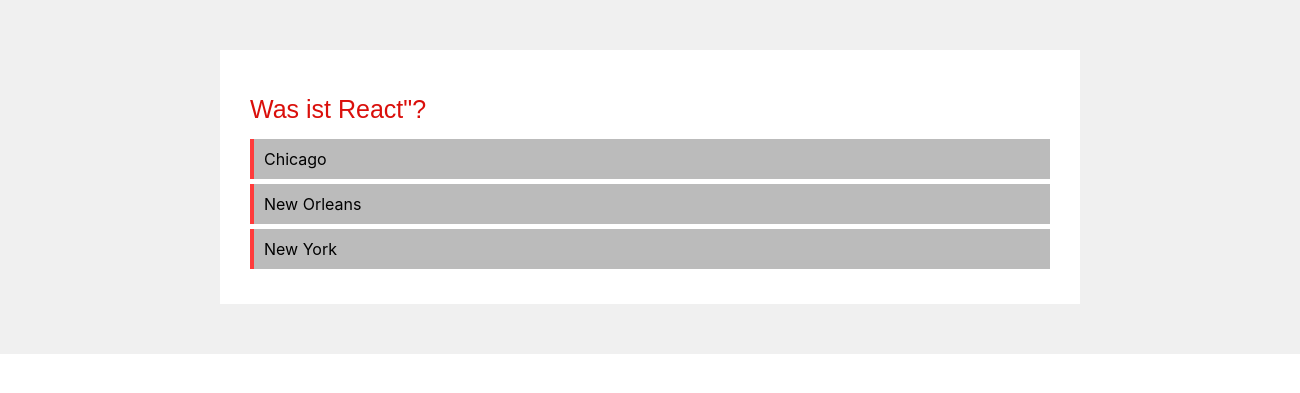
Repository: Der-Metatron/app_grundgesr-sst
Page: /
The author's editor kept a copy of each file at every save. The page is drawn from the files as they stood at one save, then again after the next save.
The browser window is 1280 px wide. The page is 1300 px wide, so the pictures cover 1300 px, including what lies to the right of the window. The pictures show the whole page.
The project was rebuilt for these pictures with package versions that can differ from the ones it lists, and the page was loaded fresh each time.

Above is the page before, as saved 2022-06-01 12:24:27.

### src/App.js
import React from 'react';
import './App.css';
import Quiz from './components/QuizMain';

function App() {
  return (
    <div className="App">
      <Quiz />
    </div>
  );
}

export default App;

### src/App.css
.App {
  width: 100%;
  background-color: #F0F0F0;
  padding: 50px 10px;
}
.Content {
  display: table;
  max-width: 800px;
  width: 100%;
  margin: 0 auto;
  background-color: #fff;
  padding: 30px;
}

### src/components/QuizMain.js
import React, { Component } from "react";
import Question from "./question/Question";
import Answer from "./answer/Answer";
import "./QuizMain.css";

export default class Quiz extends Component {
  // initiating the local state
  state = {
    quiestions: {
      1: 'Was ist React"?',
      2: "Was ist Javascript?",
      3: "Was sind Hooks?",
    },
    answers: {
      1: {
        1: "Chicago",
        2: "New Orleans",
        3: "New York",
      },
      2: {
        1: "Athens",
        2: "Patras",
        3: "Kalamata",
      },
      3: {
        1: "Krypton",
        2: "Mars",
        3: "Saturn",
      },
    },
    correctAnswers: {
      1: "2",
      2: "1",
      3: "1",
    },
    correctAnswer: 0,
    clickedAnswer: 0,
    step: 1,
    score: 0,
  };

  // the method that checks the correct answer
  checkAnswer = (answer) => {
    const { correctAnswers, step, score } = this.state;
    if (answer === correctAnswers[step]) {
      this.setState({
        score: score + 1,
        correctAnswer: correctAnswers[step],
        clickedAnswer: answer,
      });
    } else {
      this.setState({
        correctAnswer: 0,
        clickedAnswer: answer,
      });
    }
  };

  // method to move to the next question
  nextStep = (step) => {
    this.setState({
      step: step + 1,
      correctAnswer: 0,
      clickedAnswer: 0,
    });
  };

  render() {
    let { quiestions, answers, correctAnswer, clickedAnswer, step, score } =
      this.state;
    return (
      <div className="Content">
        {step <= Object.keys(quiestions).length ? (
          <>
            <Question question={quiestions[step]} />
            <Answer
              answer={answers[step]}
              step={step}
              checkAnswer={this.checkAnswer}
              correctAnswer={correctAnswer}
              clickedAnswer={clickedAnswer}
            />
            <button
              className="NextStep"
              disabled={
                clickedAnswer && Object.keys(quiestions).length >= step
                  ? false
                  : true
              }
              onClick={() => this.nextStep(step)}
            >
              Next
            </button>
          </>
        ) : (
          <div className="finalPage">
            <h1>You have completed the quiz!</h1>
            <p>
              Your score is: {score} of {Object.keys(quiestions).length}
            </p>
            <p>Thank you!</p>
          </div>
        )}
      </div>
    );
  }
}

### src/components/question/Question.js
import React from 'react';
import './Question.css';

const Question = (props) => {
    return (
        <h1>{props.question}</h1>
    );
}

export default Question;

### src/components/answer/Answer.js
import React from 'react';
import './Answer.css';

const Answer = (props) => {
    let answers = Object.keys(props.answer)
        .map((qAnswer, i) => (
            <li
            className=
            {
                props.correctAnswer === qAnswer ?
                'correct' :
                props.clickedAnswer === qAnswer ?
                'incorrect' : ''
            }
            onClick={() => props.checkAnswer(qAnswer)}
            key={qAnswer}>
                {props.answer[qAnswer]}
            </li>
        ));

        return (
            <>
                <ul disabled={props.clickedAnswer ? true : false} className="Answers">
                    {answers}
                </ul>
                <div>
                    {
                        props.correctAnswer ?
                        'Correct Answer!' :
                        props.clickedAnswer ? 'Incorrect Answer!' : ''
                    }
                </div>
            </>
        );
}

export default Answer;

### src/components/QuizMain.css
.NextStep{
    background-color: #009e00;
    color:#fff;
    padding: 10px 30px;
    border: 0;
    border-radius: 3px;
    cursor: pointer;
}
.NextStep:hover{
    background-color: green;
}
.NextStep[disabled]{
    display: none;
}

.finalPage{
    text-align: center;
}
.finalPage h1{
    text-align: center;
    margin: 15px 0;
    font-size: 25px;
    font-family: Arial,sans-serif;
    font-weight: bold;
    color: #008416;
    text-transform: none;
    text-shadow: none;
}

### src/components/question/Question.css
.Content h1{
    margin: 15px 0;
    font-size: 25px;
    font-family: Arial,sans-serif;
    font-weight: normal;
    color: #da0f0b;
    text-transform: none;
    text-shadow: none;
    text-align: left;
}

### src/components/answer/Answer.css
.Answers{
    list-style: none;
    margin: 0;
    padding: 0;
}
.Answers li{
    padding: 10px;
    border-left: 4px solid #FF3B3B;
    background-color: #bbb;
    margin: 0 0 5px;
}
.Answers li:hover{
    cursor: pointer;
    background-color: #a2a2a2;
}
.Answers .correct,
.Answers .correct:hover {
    background-color: #1db900;
    border-left: 4px solid #0f6300;
    color: #fff;
}
.Answers .incorrect,
.Answers .incorrect:hover {
    background-color: #ec0000;
    border-left: 4px solid #FF3B3B;
    color: #fff;
}
.Answers[disabled] {
    pointer-events: none;
    opacity: 0.7;
}

Loaded but not shown: public/index.html (common file); src/index.js (common file); src/index.css (common file); src/serviceWorker.js (common file)

After the next save:
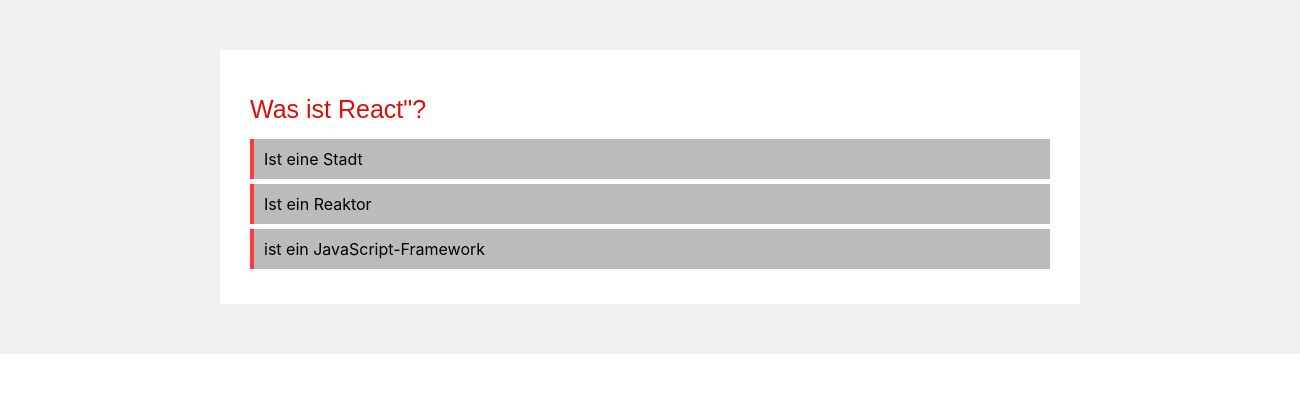
Saved 8 min 2 s later.
--- a/src/components/QuizMain.js
+++ b/src/components/QuizMain.js
@@ -13,19 +13,19 @@
     },
     answers: {
       1: {
-        1: "Chicago",
-        2: "New Orleans",
-        3: "New York",
+        1: "Ist eine Stadt",
+        2: "Ist ein Reaktor",
+        3: "ist ein JavaScript-Framework",
       },
       2: {
-        1: "Athens",
-        2: "Patras",
-        3: "Kalamata",
+        1: "Ist ein tool von erstellen von webseiten",
+        2: "Ist eine Scriptsprache",
+        3: "Ist ein auf C+ basierendes Tool",
       },
       3: {
-        1: "Krypton",
-        2: "Mars",
-        3: "Saturn",
+        1: "eine sprache zum erstellen einer datenbankstrukturen",
+        2: "ein programm zum erstellen von Designes",
+        3: "damit lassen sich state und andere react future benutzen",
       },
     },
     correctAnswers: {
